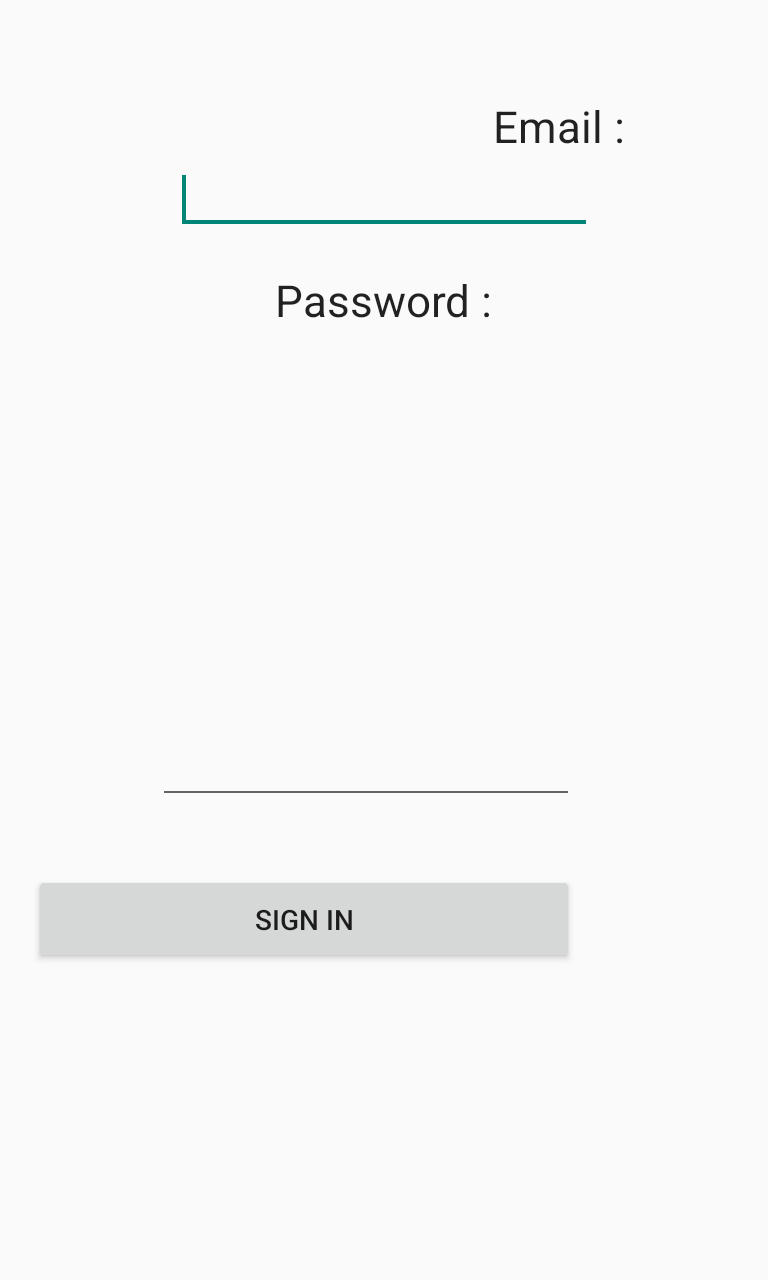
Repository: HAYKEL88/MASTER2_PFE
Layout: PFE_ANDROID/res/layout/activity_sign_in.xml
The author's editor kept a copy of each file at every save. The layout is drawn from the files as they stood at one save, then again after the next save.
It is drawn on a 768 x 1280 px phone screen (xhdpi) without system bars, with theme AppTheme; the app's code is not run.

Above is the layout before, as saved 2014-12-18 22:28:09.

### PFE_ANDROID/res/layout/activity_sign_in.xml
<RelativeLayout xmlns:android="http://schemas.android.com/apk/res/android"
    xmlns:tools="http://schemas.android.com/tools"
    android:layout_width="match_parent"
    android:layout_height="match_parent"
    android:paddingBottom="@dimen/activity_vertical_margin"
    android:paddingLeft="@dimen/activity_horizontal_margin"
    android:paddingRight="@dimen/activity_horizontal_margin"
    android:paddingTop="@dimen/activity_vertical_margin"
    tools:context="edu.polytech.pfe_android.SignIn" >

    <TextView
        android:id="@+id/tvResponse"
        android:layout_width="272dp"
        android:layout_height="wrap_content"
        android:layout_alignParentBottom="true"
        android:layout_alignParentLeft="true"
        android:layout_alignParentRight="true"
        android:layout_marginBottom="33dp"
        android:text=""
        android:textAppearance="?android:attr/textAppearanceLarge" />

    <Button
        android:id="@+id/button1"
        android:layout_width="272dp"
        android:layout_height="wrap_content"
        android:layout_above="@+id/tvResponse"
        android:layout_alignLeft="@+id/tvResponse"
        android:layout_marginBottom="78dp"
        android:text="@string/button_signIn" />

    <TextView
        android:id="@+id/tvEmail"
        android:layout_width="272dp"
        android:layout_height="wrap_content"
        android:layout_alignParentTop="true"
        android:layout_marginTop="32dp"
        android:layout_toRightOf="@+id/tvPassword"
        android:text="Email :"
        android:textAppearance="?android:attr/textAppearanceLarge" />

    <EditText
        android:id="@+id/editText1"
        android:layout_width="wrap_content"
        android:layout_height="wrap_content"
        android:layout_below="@+id/tvEmail"
        android:layout_centerHorizontal="true"
        android:ems="10"
        android:inputType="textEmailAddress" >

        <requestFocus />
    </EditText>

    <EditText
        android:id="@+id/editText2"
        android:layout_width="wrap_content"
        android:layout_height="wrap_content"
        android:layout_above="@+id/button1"
        android:layout_alignRight="@+id/button1"
        android:layout_marginBottom="31dp"
        android:ems="10"
        android:inputType="textPassword" />

    <TextView
        android:id="@+id/tvPassword"
        android:layout_width="wrap_content"
        android:layout_height="wrap_content"
        android:layout_below="@+id/editText1"
        android:layout_centerHorizontal="true"
        android:layout_marginTop="16dp"
        android:text="Password :"
        android:textAppearance="?android:attr/textAppearanceLarge" />

</RelativeLayout>

### PFE_ANDROID/res/values/strings.xml
<?xml version="1.0" encoding="utf-8"?>
<resources>

    <string name="app_name">PFE_Android</string>
    <string name="hello_world">Hello world!</string>
    <string name="action_settings">Settings</string>
    <string name="title_activity_sign_in">SignIn</string>
    <string name="title_activity_sign_up">SignUp</string>
    <string name="title_activity_welcome_user">WelcomeUser</string>
    <string name="title_activity_update_user">UpdateUser</string>
    <string name="title_activity_add_objectif">AddObjectif</string>
    <string name="title_activity_objectifs_list">ObjectifsList</string>
    <string name="title_activity_send_reclamation">SendReclamation</string>
    <string name="title_activity_sicknesses">Sicknesses</string>
    <string name="title_activity_welcome_admin">WelcomeAdmin</string>
    <string name="title_activity_update_admin">UpdateAdmin</string>
    <string name="title_activity_add_user">AddUser</string>
    <string name="title_activity_users_list">UsersList</string>
    <string name="title_activity_reclamations">Reclamations</string>
    <string name="title_activity_rules_list">RulesList</string>
    <string name="title_activity_add_rule">AddRule</string>
    <string name="title_activity_add_wickness">AddWickness</string>
    <string name="title_activity_wicknesses">Wicknesses</string>
    <string name="title_activity_about">About</string>
    <string name="title_activity_contact_us">ContactUs</string>


    <string name="button_signIn">sign In</string>
    <string name="button_signUp">sign Up</string>
    <string name="button_about">About</string>
    <string name="button_contactUs">Contact US</string>
    <string name="button_updateProfile">Update Profile</string>
    <string name="button_addObjectif">Add Objectif</string>
    <string name="button_showObjectifs">Show Objectifs</string>
    <string name="button_sendReclamations">Send Reclamation</string>
    <string name="button_showSicknesses">Show Sicknesses</string>
    <string name="button_update">Update</string>
    <string name="button_add">Add</string>
    <string name="button_send">Send</string>
    <string name="button_save">Save</string>
    <string name="button_addUser">add User</string>
    <string name="button_showUsers">Show Users</string>
    <string name="button_showReclamations">Show Reclamations</string>
    <string name="button_showRules">Show Rules</string>
    <string name="button_addRule">Add Rule</string>
    <string name="button_addWicknesses">Add Wicknesses</string>
    <string name="some_users">  Display and Filter some Users!</string>
    <string name="some_services">  Display and Filter some Services !</string>
    <string name="some_hint">  Type here to filter&#8230;</string>


</resources>

Loaded but not shown: PFE_ANDROID/res/values/styles.xml (common file); PFE_ANDROID/res/values-v11/styles.xml (common file); PFE_ANDROID/res/values-v14/styles.xml (common file); PFE_ANDROID/res/values/dimens.xml (common file); PFE_ANDROID/res/values-w820dp/dimens.xml (common file)

After the next save:
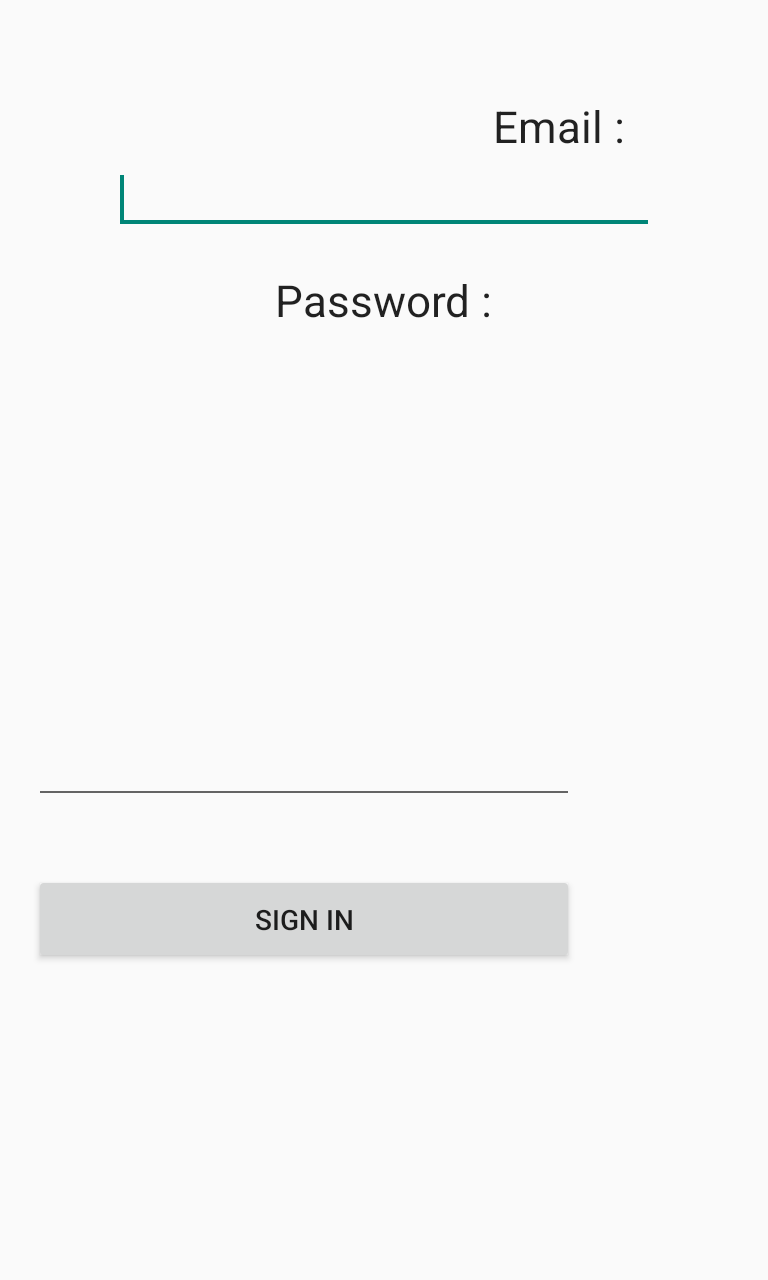
Saved 28 s later.
--- a/PFE_ANDROID/res/layout/activity_sign_in.xml
+++ b/PFE_ANDROID/res/layout/activity_sign_in.xml
@@ -40,7 +40,7 @@
 
     <EditText
         android:id="@+id/editText1"
-        android:layout_width="wrap_content"
+        android:layout_width="272dp"
         android:layout_height="wrap_content"
         android:layout_below="@+id/tvEmail"
         android:layout_centerHorizontal="true"
@@ -52,7 +52,7 @@
 
     <EditText
         android:id="@+id/editText2"
-        android:layout_width="wrap_content"
+        android:layout_width="272dp"
         android:layout_height="wrap_content"
         android:layout_above="@+id/button1"
         android:layout_alignRight="@+id/button1"
